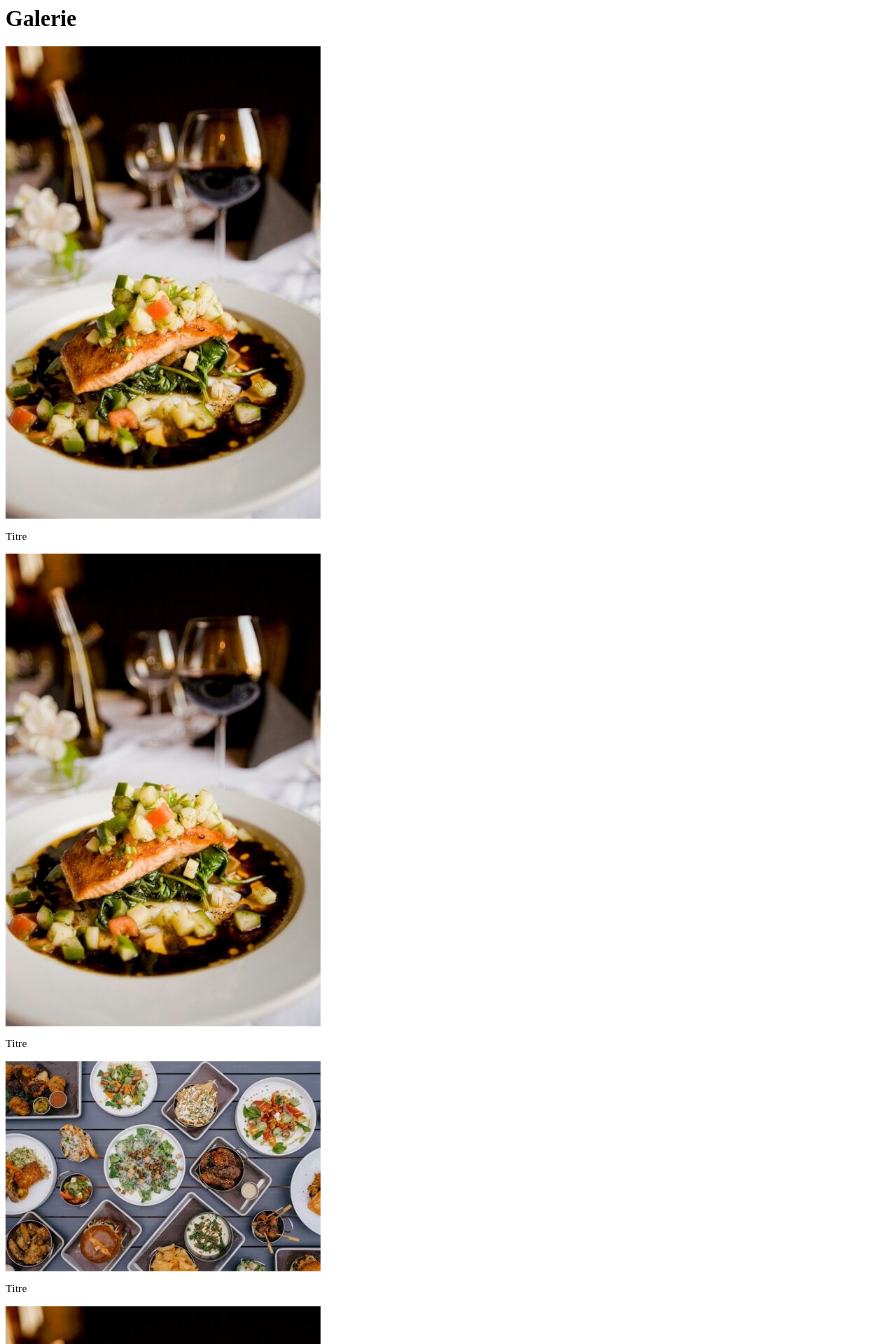
Repository: lemonhao9/QuaiAntiqueRestaurantFront
Page: pages/galerie.html
An editor plug-in stored every save of this project. The page is shown before and after the next save, followed by the edit.
The browser window is 1280 px wide. The pictures show the part of the page from y = 0 to 1920 px (the page is 3291 px tall before and 2916 px after), at 70% of full size.

Above is the page before, as saved 2025-01-23 15:20:00.

### pages/galerie.html
<div class="hero-scene text-center text-white">
    <div class="hero-scene-content">
            <h1>Galerie</h1>
    </div>
</div>

<div class="container">
    <div class="row row-cols-2 row-cols-lg-3">
        <div class="col p-3">
            <div class="image-card text-white">
                <img src="../images/platGalerie4.jpg" alt="platGalerie1" class="rounded w-100">
                <p class="titre-image">Titre</p>
            </div>
        </div>
        <div class="col p-3">
            <div class="image-card text-white">
                <img src="../images/platGalerie4.jpg" alt="platGalerie1" class="rounded w-100">
                <p class="titre-image">Titre</p>
            </div>
        </div>
        <div class="col p-3">
            <div class="image-card text-white">
                <img src="../images/platGalerie3.jpg" alt="platGalerie1" class="rounded w-100">
                <p class="titre-image">Titre</p>
            </div>
        </div>
        <div class="col p-3">
            <div class="image-card text-white">
                <img src="../images/platGalerie4.jpg" alt="platGalerie1" class="rounded w-100">
                <p class="titre-image">Titre</p>
            </div>
        </div>
        <div class="col p-3">
            <div class="image-card text-white">
                <img src="../images/platGalerie3.jpg" alt="platGalerie1" class="rounded w-100">
                <p class="titre-image">Titre</p>
            </div>
        </div>
        <div class="col p-3">
            <div class="image-card text-white">
                <img src="../images/platGalerie3.jpg" alt="platGalerie1" class="rounded w-100">
                <p class="titre-image">Titre</p>
            </div>
        </div>
    </div>
</div>

After the next save:
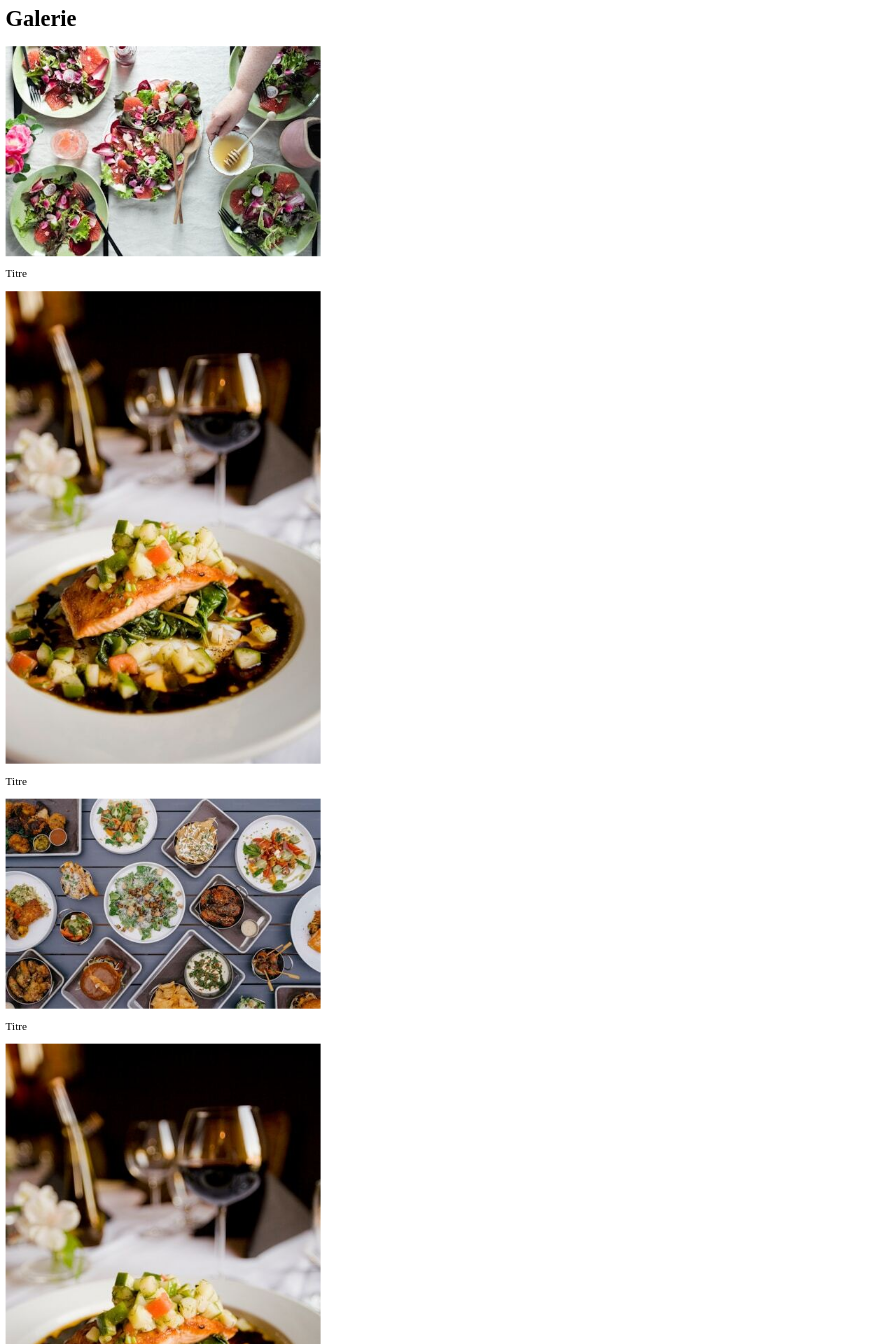
Saved 24 s later.
--- a/pages/galerie.html
+++ b/pages/galerie.html
@@ -8,7 +8,7 @@
     <div class="row row-cols-2 row-cols-lg-3">
         <div class="col p-3">
             <div class="image-card text-white">
-                <img src="../images/platGalerie4.jpg" alt="platGalerie1" class="rounded w-100">
+                <img src="../images/platGalerie5.jpg" alt="platGalerie1" class="rounded w-100">
                 <p class="titre-image">Titre</p>
             </div>
         </div>
